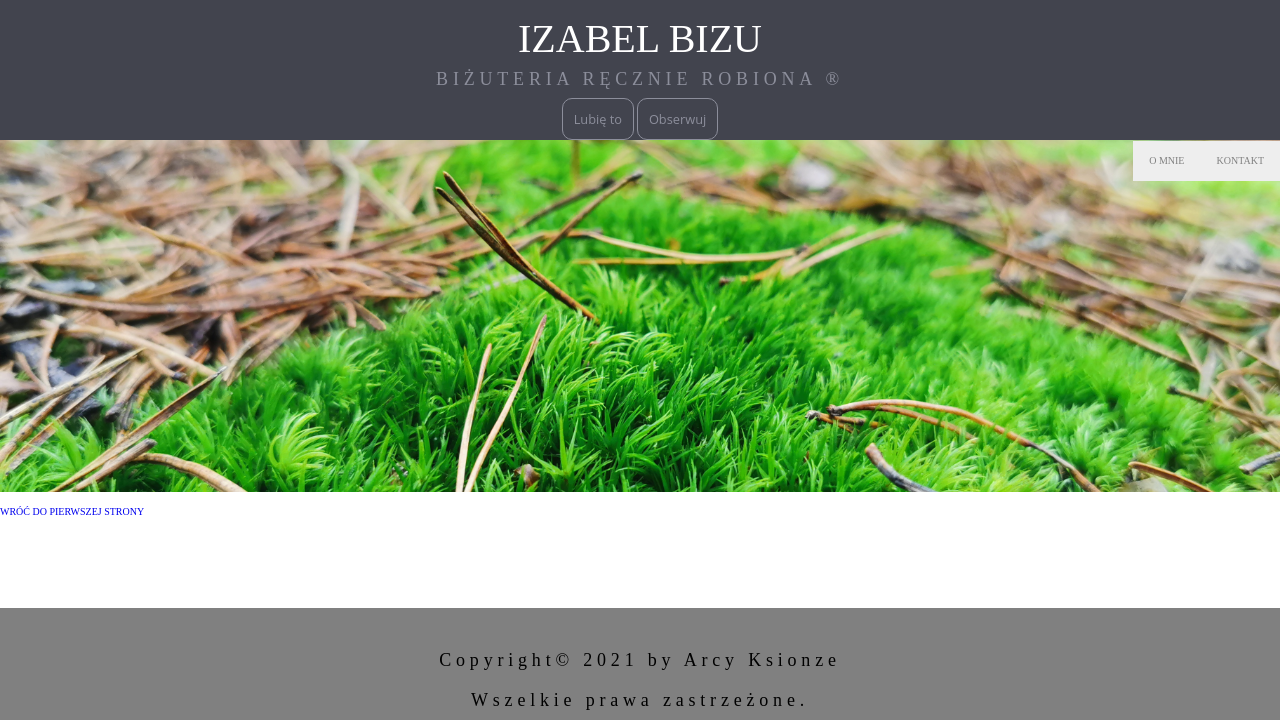
Repository: arcyksionze/strona_izy
Page: index2.html
These files come from the project's save history. The page is drawn as it stood at one moment and after the next save; the edit follows.
The browser window is 1280 px wide. The pictures show the whole page.
Some web fonts or font styles are not loaded; a fallback is used.

Above is the page before, as saved 2021-04-11 23:16:54.

### index2.html
<!DOCTYPE html>
<html lang="pl">

<head>
    <link rel="stylesheet" type="text/css" href="main2.css">
    <meta charset="UTF-8">
    <meta http-equiv="X-UA-Compatible" content="IE=edge">
    <meta name="viewport" content="width=device-width, initial-scale=1"> <!-- pozwala średzić w przeglądarce wygląd -->
    <meta name="arcy" content="arcy ksionze">
    <meta name="description" content="Biżuteria ręcznie robiona. ">
    <!-- bardzo ważny parametr w content opisuemy krótko to co wyświetlane jes póżniej pod tytułem strony w wyszukiwarce -->
    <title>Izabel-BIZU: Biżuteria ręcznie robiona</title>
    <link rel="preconnect" href="https://fonts.gstatic.com">
    <link href="https://fonts.googleapis.com/css2?family=Merienda&display=swap" rel="stylesheet">
    <!-- ważne aby wybrać czcionkę oznaczoną jako Latin Extended wtedy mamy pewność, że polskie znaki będą obsługiwane -->
</head>

<body>
    <header class="sek1">
        <div class="nag">
            <h1>IZABEL BIZU</h1>
        </div>

        <div class="akap">
            <p>BIŻUTERIA RĘCZNIE ROBIONA &reg; </p>
        </div>

        <div class="przycisk">
            <a class="przycisk1" href="#">Lubię to</a>
            <a class="przycisk2" href="#">Obserwuj</a>
        </div>
    </header>

    <nav class="sek2">
        <ul>
            <li><a href="#" class="kontakt">KONTAKT</a></li>
            <li><a href="#" class="omnie">O MNIE</a></li>
        </ul>
    </nav>

    <div class="sek3">
        <h2></h2>
        <!-- target blank powoduje otwarcie nowej zakładki po kliknięciu. target stosujemy tylko wtedy kiedy chcemy aby link przekierował kogoś na zewnętrzną lokalizację, w ramach naszej strony nie stosujemy tego typu rozwiązania. Jeśli chcemy aby po kliknięciu nastąpiło przeniesienie na jakąć część/sekcję na danej stronie stosujemy identyfikatory id i dodajemy w href="#nazwasekcji"-->
    </div>
    <!--
    <div class="sek6">
      <a href="http://www.eduweb.pl" target="blank"> eduweb.pl</a>
      <a href="https://www.google.com" target="blank">Google</a>
      <a href="https://twitter.com" target="blank">Twitter</a>
			<a href="https://www.facebook.com" target="blank">Facebook</a>
    </div>
-->
    <div class="sek4">
        <a href="index.html" title="Powrót do strony 1">WRÓĆ DO PIERWSZEJ STRONY </a>
        <!-- <a href="index3.html" title="Powrót do strony 1">Do przodu</a> -->
    </div>
    <footer class="sek5">
        <p>Copyright&copy; 2021 by Arcy Ksionze</p>
        <p>Wszelkie prawa zastrzeżone.</p>
    </footer>

</body>

</html>

### main2.css
/* reset meyere */
@import url("reset-css.css");

@font-face {
	font-family: "alex";
	src: url("alex.ttf");
	src: url(KaushanScript-Regular.otf);
}

@font-face {
	font-family: "kau";
	src: url(KaushanScript-Regular.otf);
}

body {
	/* WSZYSTKO */
	font-family: Merriweather, 'Times New Roman', serif;
	font-size: 10px;
	line-height: 2.5rem;
	/* odstęp pomiędzy wierszami */
}

/*
1) font-weight: pogrubienie tekstu
2) line-height: odstępy pomiędzy wierszami tekstu
3) font-style: tekst pochylony
4) text-indent: wcięcie w tekście w rem
5) text-transform: uppercase - zmienia trzcionkę na WIELKIE LITERY
6) text-decoration: np możemy ustawiś podkreślanie textu
*/

h1 {
	/* IZABEL BIZU */
	font-size: 2.5rem;
}

h2 {
	/* to jest pierwsza podstrona */
	font-family: 'Open Sans'Arial, sans-serif;
	font-size: 1.6rem;
	color: #e5127d;
}

p {
	/*Biżuteria ręcznie robiona i ...:)  */
	font-size: 1.125rem;
	/* wielkość czcionki */
	letter-spacing: 0.3rem;
	/* odległość pomiędzy literami */
	color: #8c8e9b;
}

a {
	/* wszystkie a: lubię to, Obserwuj, pokaż więcej i pokaż więcej postów */
	text-decoration: none;
	/* brak podkreślenia w "a" lubię to i Obserwuj */
}

.sek1 {
	/* to jest nagłówek z IZABEL BIZU, BIŻUTERIA RĘCZNIE ROBIONA ORAZ LUBIĘ TO I OBSERWUJ */
	display: flex;
	flex-direction: column;
	text-align: center;
	background-color: #42444e;
	color: white;
	width: 100vw;
	padding-top: 1.2rem;
}

.przycisk1,.przycisk2 {
	font-family: "Open Sans", sans-serif;
	font-size: 0.8rem;
	border: 1px solid #8c8e9b;
	/* obwódka, krawędź */
	color: #8c8e9b;
	border-radius: 10px;
	/* zaokrąglone krawędzie obwódki */
	padding: 0.7rem;
	;
}

.przycisk1:hover {
	border: 1px solid gray;
	background-color: aqua;
}

.przycisk2:hover {
	border: 1px solid gray;
	background-color: aqua;
}

.sek2 {
	text-align: center;
	width: 100%;
	height: 2.5rem;
}

.kontakt,
.omnie {
	display: inline-block;
	float: right;
	background-color: #eee;
	color: gray;
	padding-left: 1rem;
	padding-right: 1rem;
}

.omnie:hover {
	background-color: aqua;
}

.kontakt:hover {
	background-color: aqua;
}

.sek3 {
	background-image: url(obrazy/IMG_20210106_140751.jpg);
	background-size: cover;
	background-repeat: no-repeat;
	background-position: center center;
	margin-top: -2.6rem;
	font-family: 'Merienda';
	height: 6rem;
	text-align: center;
	padding: 10%;
}

.sek4 {
	position: fixed;
	color: purple;
	text-align: right;
}

.sek5 {
	position: absolute;
	width: 100%;
	height: 5rem;
	bottom: 0;
	background-color: grey;
	text-align: center;
	padding-top: 2rem;
}

.sek5 p {
	color: black;
}

.sek6 {
	width: 100%;
	height: 5rem;
	text-align: center;
}

.sek6 a:link {
	/* nieodwiedzony link */
	/* kolejność tych pozycji jest istotna */
	color: #FF0000;
}

/* odwiedzony link */
.sek6 a:visited {
	color: #00FF00;
}

/* po najechaniu */
.sek6 a:hover {
	color: #FF00FF;
	padding: 20px;
	background-color: cornflowerblue;
	font-size: 40px;
}

/* aktywny */
.sek6 a:active {
	color: #0000FF;
}


/* margin: 1 2 3 4 tzn. 1 górny margines, 2 prawy, 3 dolny, 4 lewy; jeśli wpiszemy tylko dwie wartości będą oznaczały: 1-góra i dół 2- prawo i lewo; wielkość np 20px auto oznacza że 20px to margines górny i dolny natomiast lewy iprawy będzie ustawiony automatycznie */

/* 1em i 1rem=100% */

/* POZYCJONOWANIE */
/*
1) position: relative - pozwala nam dodawanie marginesów z ręki. np. margin-top itp. kontenery mogą się na siebie nachodzić
2) position: absolute: odnosi się do rodzica
3) position: fixed - ustawia kontemer zawsze w tym samym miejscu przeglądarki podczas przeciągania
4) float left lub right jest to opcja powodująca opływanie tekstu. clear: both skreśla wcześniejsze float left lub right

*/

Loaded but not shown: reset-css.css (common file)

After the next save:
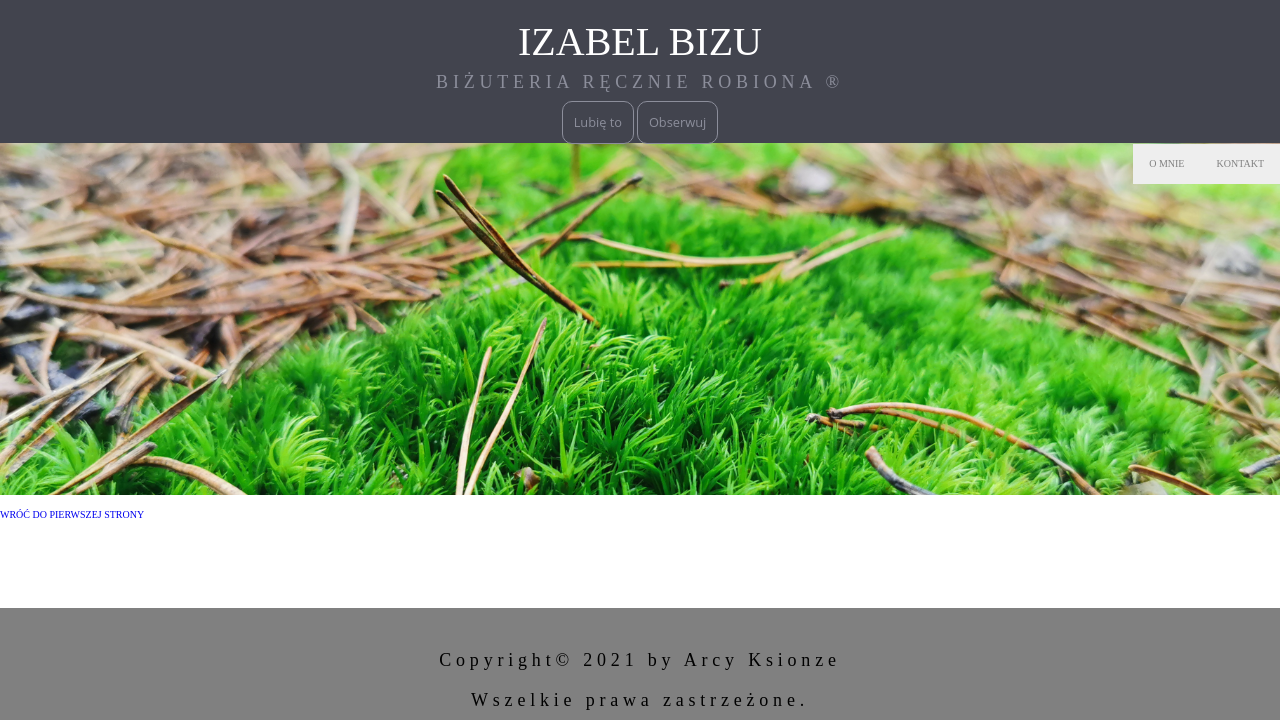
Saved 4 s later.
--- a/main2.css
+++ b/main2.css
@@ -64,7 +64,7 @@
 	background-color: #42444e;
 	color: white;
 	width: 100vw;
-	padding-top: 1.2rem;
+	padding-top: 1.4rem;
 }
 
 .przycisk1,.przycisk2 {
